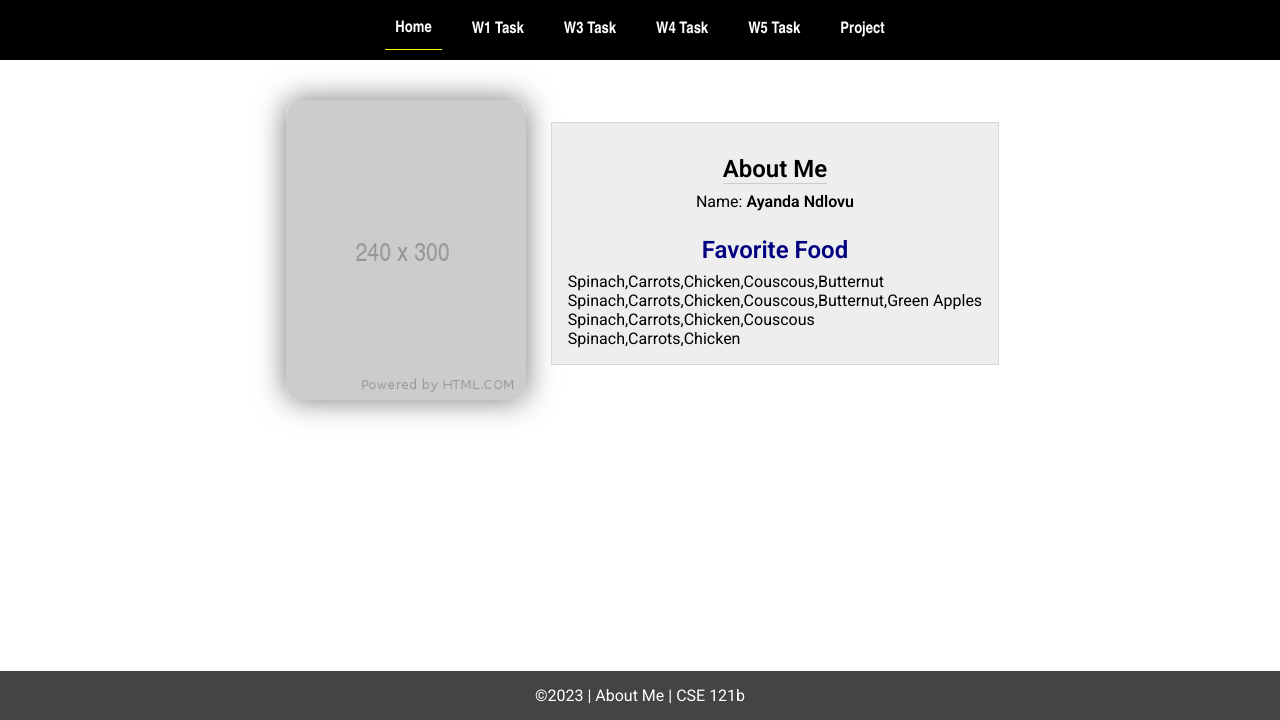
Repository: mszakutumela/cse121b
Page: index.html
The author's editor kept a copy of each file at every save. The page is drawn from the files as they stood at one save, then again after a run of saves.
The browser window is 1280 px wide. The pictures show the whole page.

Above is the page before, as saved 2023-10-07 16:03:57.

After the next 3 saves:
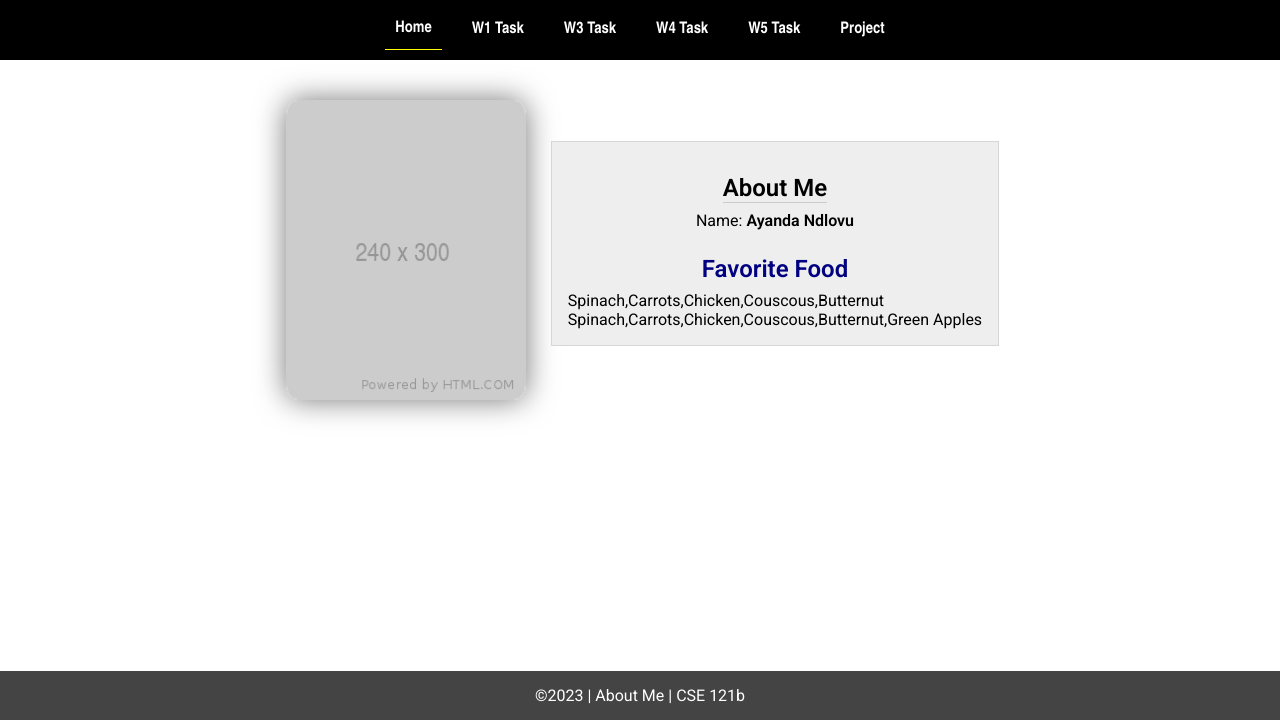
Console error: TypeError: removeFood is not a function
The 3 saves are shown as one change because they came seconds apart.
The last was saved 40 s later.
--- a/scripts/w02-task.js
+++ b/scripts/w02-task.js
@@ -34,7 +34,7 @@
 foodElement.innerHTML += `<br>${favoriteFoods}`;
 
 let removeFood = favoriteFoods.pop([0])
-favoriteFoods.pop(0);
+removeFood();
 foodElement.innerHTML += `<br>${favoriteFoods}`;
 
 favoriteFoods.pop();

After the save that followed:
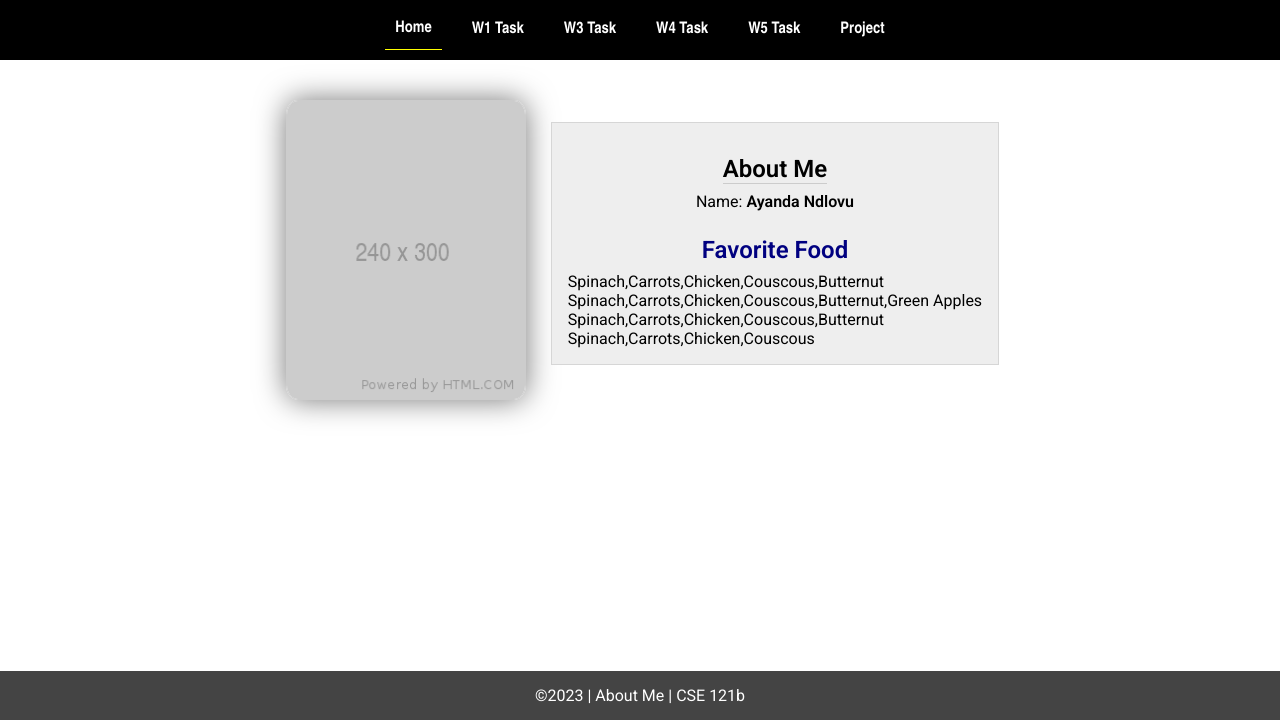
The error is gone.
Saved 4 min 55 s later.
--- a/scripts/w02-task.js
+++ b/scripts/w02-task.js
@@ -31,11 +31,9 @@
 foodElement.innerHTML = `${favoriteFoods}`;
 let anotherSingleFood = ['Green Apples'];
 favoriteFoods.push('Green Apples');
+
 foodElement.innerHTML += `<br>${favoriteFoods}`;
-
-let removeFood = favoriteFoods.pop([0])
-removeFood();
+favoriteFoods.pop(0);
 foodElement.innerHTML += `<br>${favoriteFoods}`;
-
 favoriteFoods.pop();
 foodElement.innerHTML += `<br>${favoriteFoods}`;
